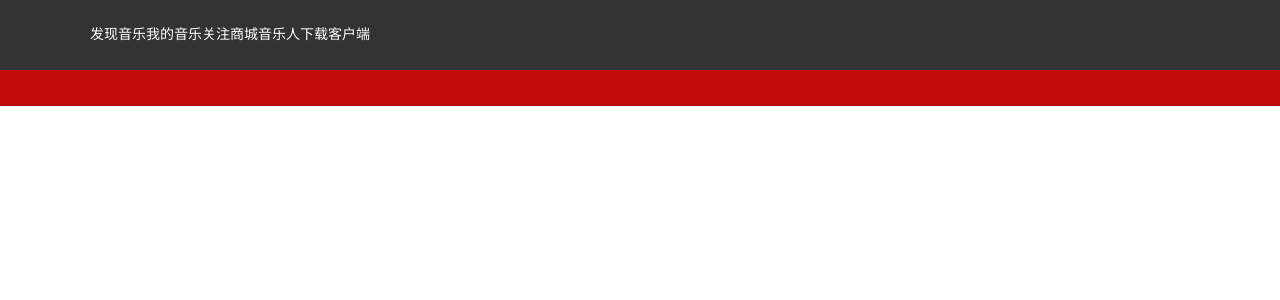
Repository: xtcgjk/-
Page: /
These files come from the project's save history. The page is drawn as it stood at one moment and after the next save; the edit follows.
The browser window is 1280 px wide. The pictures show the whole page.
The project was rebuilt for these pictures with package versions that can differ from the ones it lists, and the page was loaded fresh each time.

Above is the page before, as saved 2022-02-23 16:02:32.

After the next save:
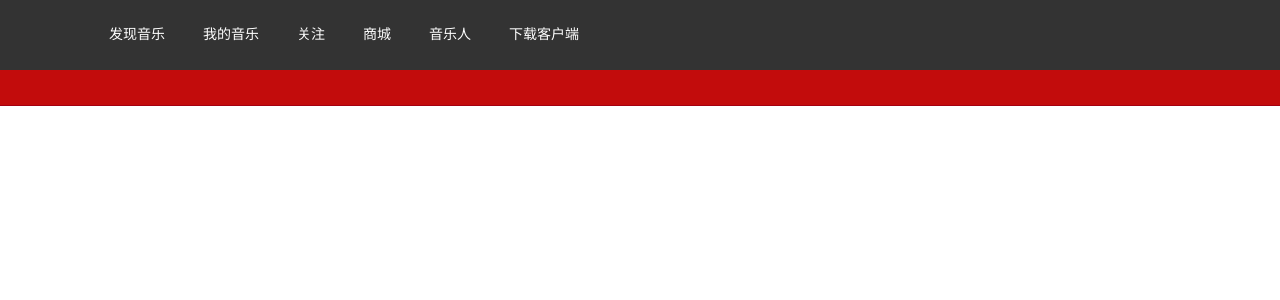
Saved 18 s later.
--- a/src/components/header/index.vue
+++ b/src/components/header/index.vue
@@ -37,5 +37,6 @@ a {
   height: 70px;
   line-height: 70px;
   display: inline-block;
+  padding: 0 19px;
 }
 </style>
